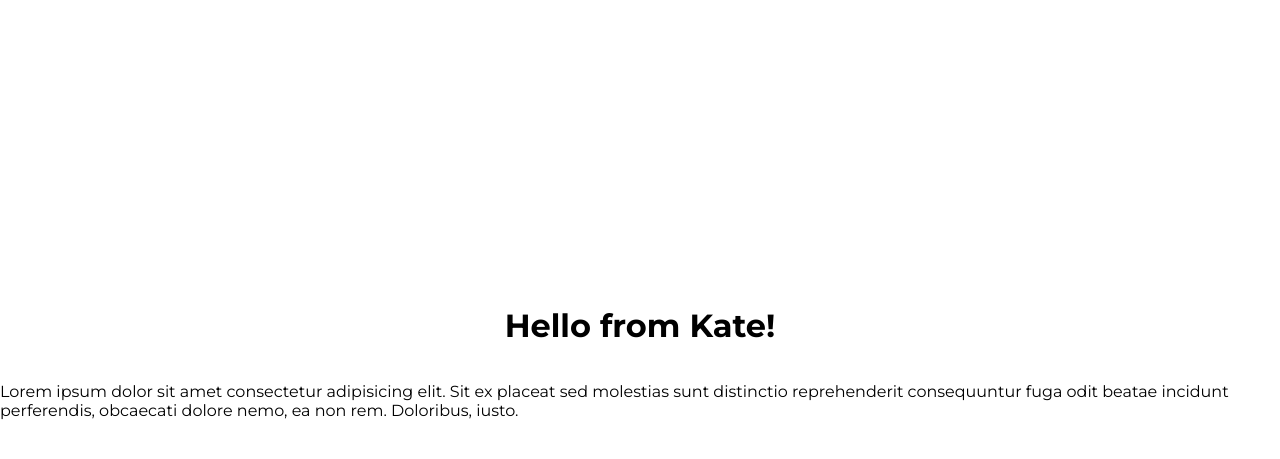
Repository: kate30980/js-practice
Page: dark-mode-toggles/index.html
An editor plug-in stored every save of this project. The page is shown before and after the next save, followed by the edit.
The browser window is 1280 px wide. The pictures show the whole page.

Above is the page before, as saved 2021-08-29 00:11:23.

After the next save:
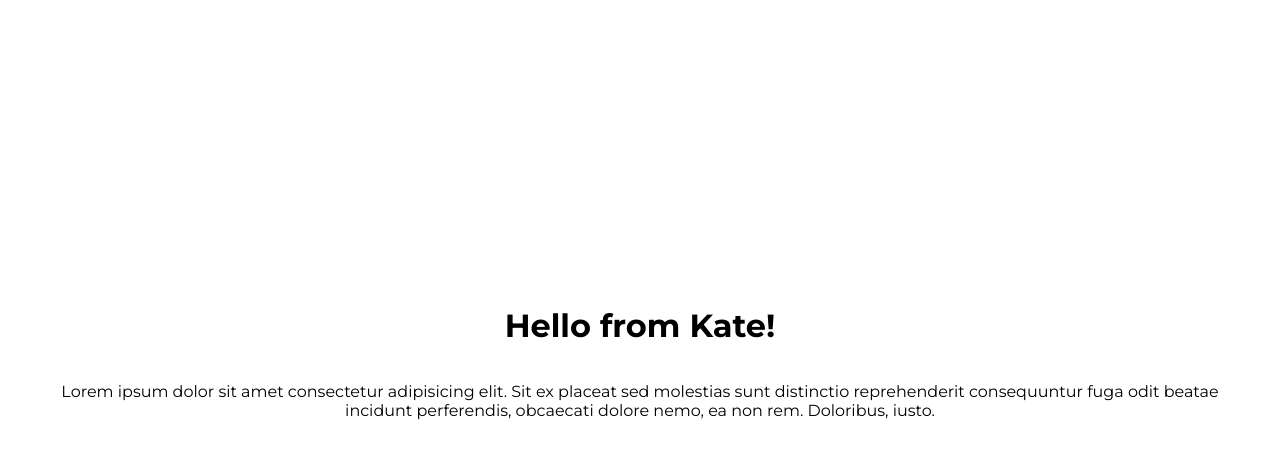
Saved 19 s later.
--- a/dark-mode-toggles/style.css
+++ b/dark-mode-toggles/style.css
@@ -8,6 +8,8 @@
     justify-content: center;
     font-family: 'Montserrat', sans-serif;
     flex-direction: column;
+    text-align:center;
+    padding: 3rem;
     margin: 0;
     min-height:100vh;
 }
